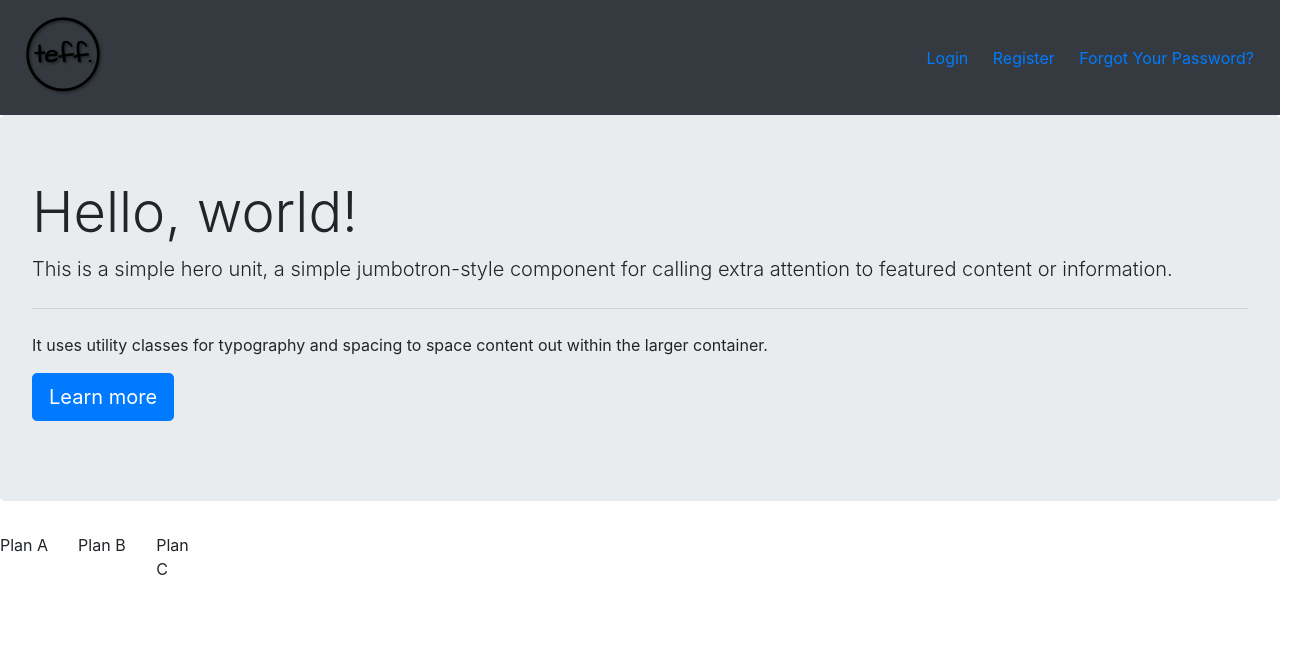
Repository: SamLookingGlass/FullStackDevelopment-Project
Page: accounts/templates/index.html
The author's editor kept a record of every edit. The page is drawn from the files as they stood at one moment, then again after the next edit.
The browser window is 1280 px wide. The page is 1295 px wide, so the pictures cover 1295 px, including what lies to the right of the window. The pictures show the whole page.
The page is served by the project's application, run on Django 2.2 (manage.py). Other server files are loaded and not shown. The template is opened directly, without the code that normally fills it, so the values that code supplies are empty.

Above is the page before.

### accounts/templates/index.html
{% extends 'base.html' %}

{% load static %}

{% block page_title %}Home Page{% endblock %}

{% block content %}

<div class="container-fluid">
    <div class="row d-lg-flex">
        <div class="col-lg-4">
        Plan A
        </div>

        <div class="col-lg-4">
        Plan B
        </div>

        <div class="col-lg-4">
        Plan C
        </div>
    </div>
</div>


{% endblock %}

### templates/base.html
<!DOCTYPE html>
<html lang="en">

<head>
    <meta charset="UTF-8">
    <meta name="viewport" content="width=device-width, initial-scale=1.0">
    <meta http-equiv="X-UA-Compatible" content="ie=edge">
    <title>{% block page_title %}{% endblock %}</title>
    {% load static %}
    <!-- Own Stylesheet -->
    <link rel="stylesheet" href="{% static 'css/style.css' %}" type="text/css" />

    <!-- Bootstrap CSS CDN-->
    <link rel="stylesheet" href="https://maxcdn.bootstrapcdn.com/bootstrap/4.0.0/css/bootstrap.min.css" integrity="sha384-Gn5384xqQ1aoWXA+058RXPxPg6fy4IWvTNh0E263XmFcJlSAwiGgFAW/dAiS6JXm" crossorigin="anonymous">

    <!-- Google Fonts CSS CDN-->
    <link href="https://fonts.googleapis.com/css?family=Fjalla+One&display=swap" rel="stylesheet">
    <link href="https://fonts.googleapis.com/css?family=Amatic+SC&display=swap" rel="stylesheet">
    <link href="https://fonts.googleapis.com/css?family=Playfair+Display&display=swap" rel="stylesheet">

    <!-- Font Awesome CSS CDN-->
    <link rel="stylesheet" href="https://cdnjs.cloudflare.com/ajax/libs/font-awesome/4.7.0/css/font-awesome.min.css">

</head>

<body>

    <nav class="navbar navbar-dark bg-dark justify-content-between">
        <a href="/" class="navbar-brand"><img id="navlogo" class="img-fluid" src="{% static 'images/logo.png' %}" alt="Teff Logo"></a>

        <div class="d-inline">
            <ul id="navstyle" class="d-inline">
                {% if not user.is_authenticated %}
                <li class="d-inline"><a href="{% url 'login' %}">Login</a></li>
                <li class="d-inline"><a href="{% url 'register' %}">Register</a></li>
                <li class="d-inline"><a href="/password_reset">Forgot Your Password?</a></li>
                {% endif %} {% if user.is_authenticated %}
                <li class="d-inline">Profile</li>
                <li class="d-inline"><a href="{% url 'logout' %}">Logout</a></li>

                {% endif %}
            </ul>
        </div>
    </nav>


    <section>
        <div class="jumbotron">
            <h1 class="display-4">Hello, world!</h1>
            <p class="lead">This is a simple hero unit, a simple jumbotron-style component for calling extra attention to featured content or information.</p>
            <hr class="my-4">
            <p>It uses utility classes for typography and spacing to space content out within the larger container.</p>
            <p class="lead">
                <a class="btn btn-primary btn-lg" href="#" role="button">Learn more</a>
            </p>
        </div>
    </section>

    <div class="row d-lg-flex">
        {% if messages %}
        <div>
            {% for message in messages %} {{ message }} {% endfor %}
        </div>
        {% endif %}


        <h1>{% block page_heading %}{% endblock %}</h1>
        <div>
            {% block content %}{% endblock %}
        </div>
    </div>


</body>

</html>

### teffwebsite/urls.py
"""teffwebsite URL Configuration

The `urlpatterns` list routes URLs to views. For more information please see:
    https://docs.djangoproject.com/en/2.2/topics/http/urls/
Examples:
Function views
    1. Add an import:  from my_app import views
    2. Add a URL to urlpatterns:  path('', views.home, name='home')
Class-based views
    1. Add an import:  from other_app.views import Home
    2. Add a URL to urlpatterns:  path('', Home.as_view(), name='home')
Including another URLconf
    1. Import the include() function: from django.urls import include, path
    2. Add a URL to urlpatterns:  path('blog/', include('blog.urls'))
"""
from django.contrib import admin
from django.urls import path, include

urlpatterns = [
    path('admin/', admin.site.urls),
    path('', include('accounts.urls')),
    path('', include('django.contrib.auth.urls')),
]

### accounts/urls.py
from django.urls import path, include
from accounts.views import index, logout, login, profile, register

urlpatterns = [
    path('', index, name='index'),
    path('logout/', logout, name='logout'),
    path('login/', login, name='login'),
    path('profile/', profile),
    path('register/', register, name='register')
]

### static/css/style.css
body {
    background-color: yellow;
}



/*Navbar*/
#navstyle li {
    margin:10px;

}

#navlogo {
    width:8vw;
    height:100%;
}

After the next edit:
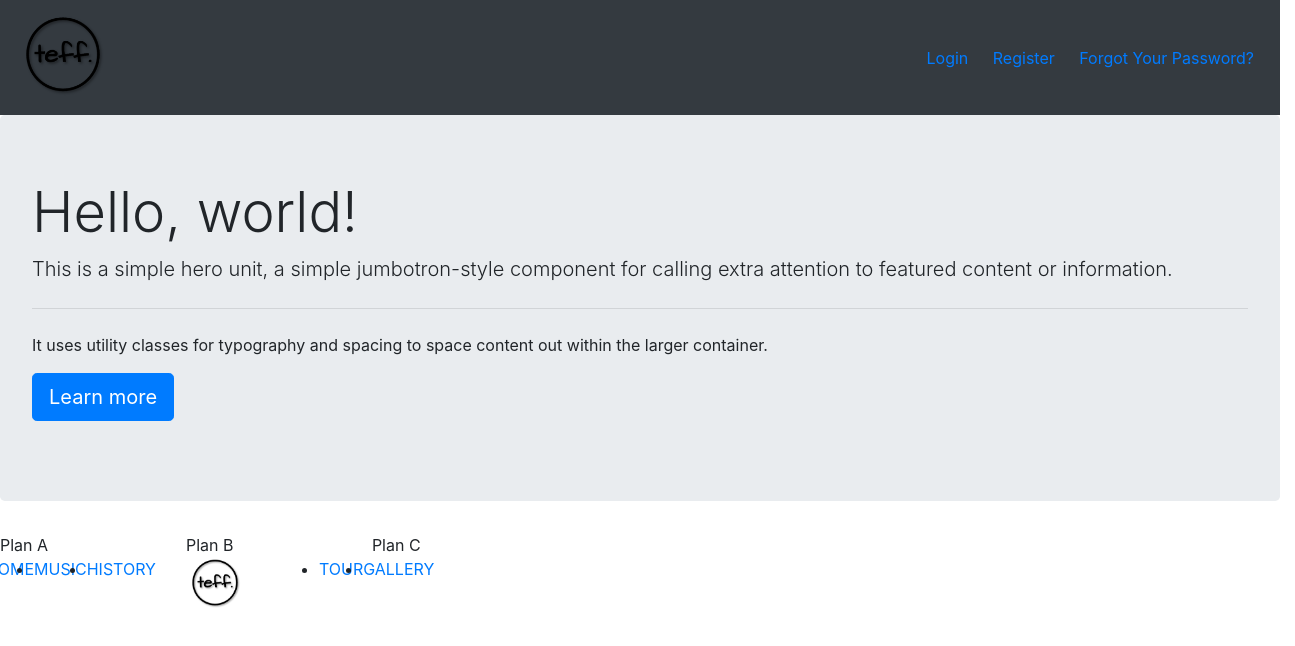
The edit:
--- a/accounts/templates/index.html
+++ b/accounts/templates/index.html
@@ -23,4 +23,28 @@
 </div>
 
 
+ <div class="container-fluid">
+            <div class="row d-lg-flex">
+                <div class="col-4 navnew navleft d-flex justify-content-end">
+                    <ul class="d-flex">
+                        <li><a href="home.html">HOME</a></li>
+                        <li><a href="music.html">MUSIC</a></li>
+                        <li id="active"><a href="history.html">HISTORY</a></li>
+                    </ul>
+                </div>
+                <div class="col-2 d-lg-flex justify-content-center">
+                    <a class="" href="home.html">
+                     <img id="navlogo" class="img-fluid" src="images/logo/logo.png" alt="Quests Logo">
+                </a>
+                </div>
+                <div class="col-5 navnew navright d-lg-flex justify-content-start">
+                    <ul class="d-flex">
+                        <li><a href="tour.html">TOUR</a></li>
+                        <li><a href="gallery.html">GALLERY</a></li>
+                    </ul>
+                </div>
+            </div>
+        </div>
+
+
 {% endblock %}
